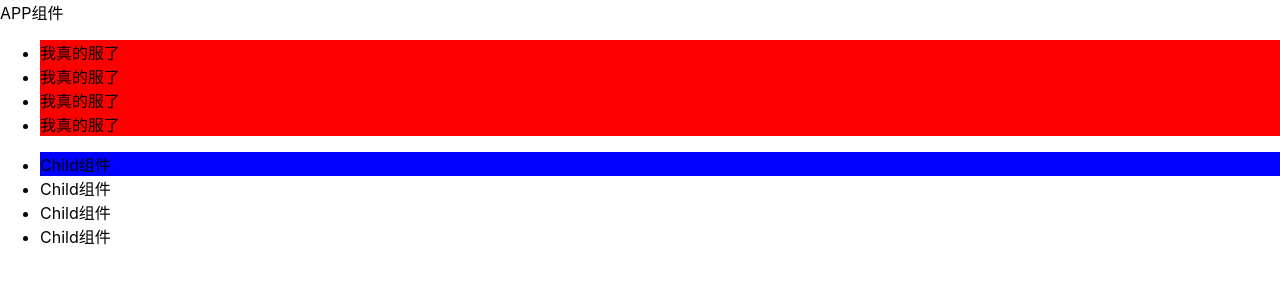
Repository: pagelam97/React-Test-Project
Page: /#/.
The author's editor kept a copy of each file at every save. The page is drawn from the files as they stood at one save, then again after the next save.
The browser window is 1280 px wide. The pictures show the whole page.
The project was rebuilt for these pictures with package versions that can differ from the ones it lists, and the page was loaded fresh each time.

Above is the page before, as saved 2022-09-01 16:11:01.

After the next save:
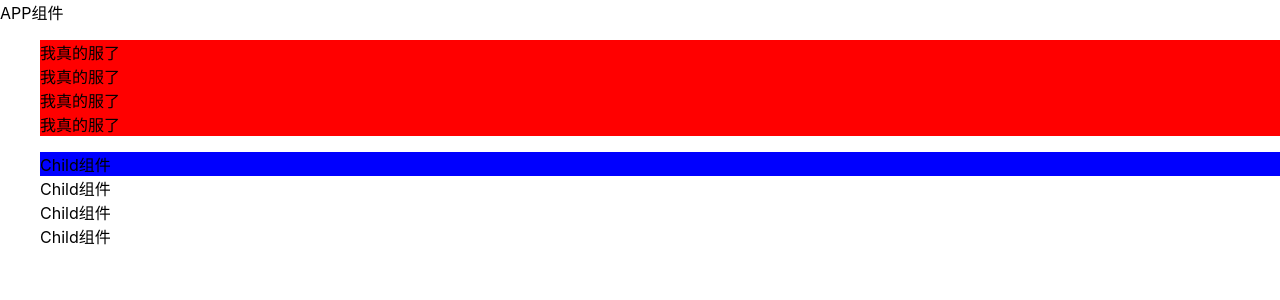
Saved 39 s later.
--- a/src/Child.module.scss
+++ b/src/Child.module.scss
@@ -1,8 +1,8 @@
+ul {
+list-style: none;
 
 
-
-
-.childStyle{
-background-color: blue;
-
+  .childStyle {
+    background-color: blue;
+  }
 }

After the save that followed:
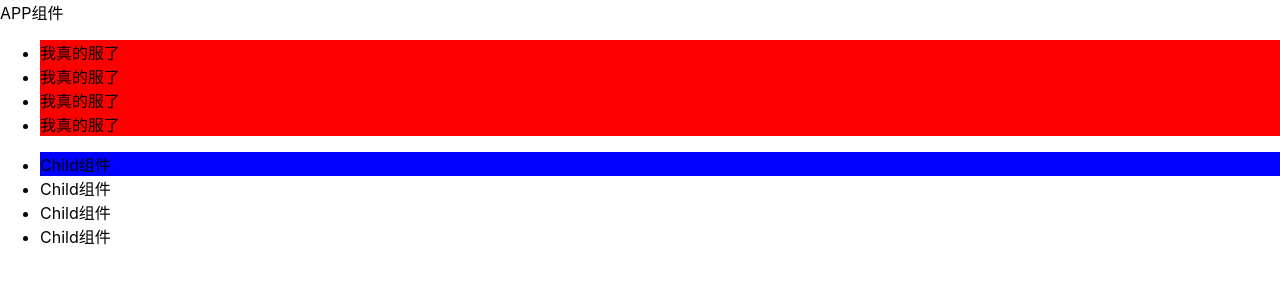
Saved 24 s later.
--- a/src/Child.module.scss
+++ b/src/Child.module.scss
@@ -1,5 +1,5 @@
 ul {
-list-style: none;
+// list-style: none;
 
 
   .childStyle {
